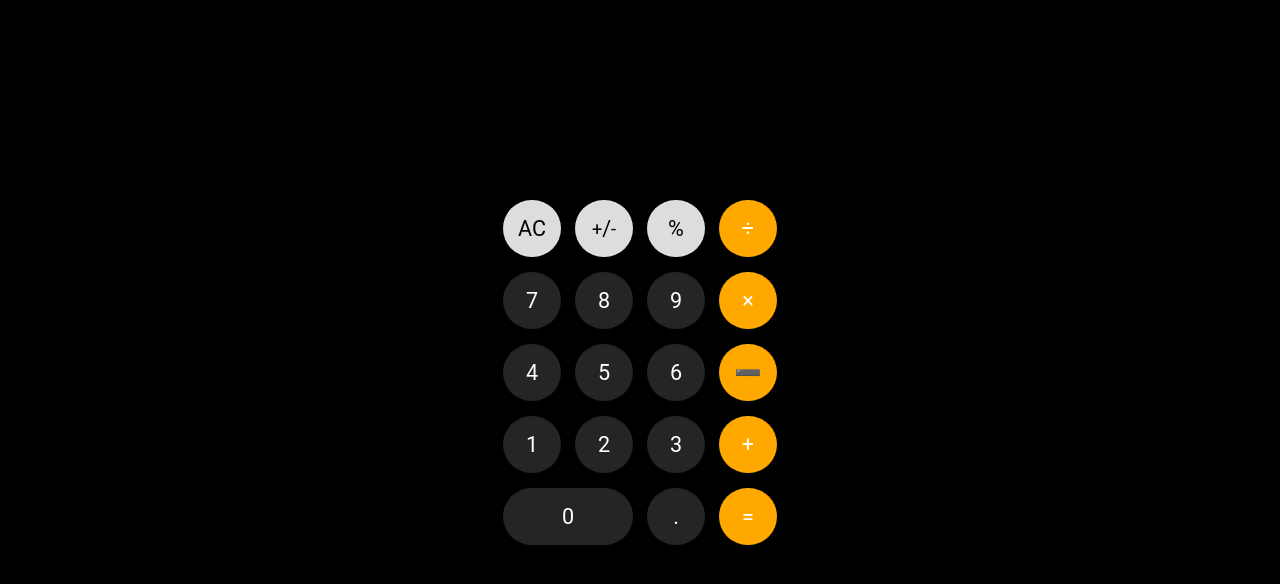
Repository: bombiux/calculadoraJS
Page: index.html
An editor plug-in stored every save of this project. The page is shown before and after a run of saves, followed by the edit.
The browser window is 1280 px wide. The pictures show the whole page.

Above is the page before, as saved 2020-08-08 18:46:18.

### index.html
<!DOCTYPE html>
<html lang="en">
<head>
    <meta charset="UTF-8">
    <meta name="viewport" content="width=device-width, initial-scale=1.0">
    <title>Document</title>
    <link rel="stylesheet" href="style.css">
</head>
<body>
    <div class="calculator">
        input
        <div>
            <div class="special">AC</div>
            <div class="special"><sup>+</sup>/<sub>-</sub></div>
            <div class="special">%</div>
            <div class="operator">÷</div>
        </div>
        <div>
            <div class="numbers">7</div>
            <div class="numbers">8</div>
            <div class="numbers">9</div>
            <div class="operator">×</div>
        </div>
        <div>
            <div class="numbers">4</div>
            <div class="numbers">5</div>
            <div class="numbers">6</div>
            <div class="operator">➖️</div>
        </div>
        <div>
            <div class="numbers">1</div>
            <div class="numbers">2</div>
            <div class="numbers">3</div>
            <div class="operator">+</div>
        </div>
        <div>
            <div class="numbers cero">0</div>
            <div class="numbers">.</div>
            <div class="operator">=</div>
        </div>
    </div>
</body>
</html>

### style.css
::selection {
    background: transparent;
    color: unset;
}

body {
    background: black;
    height: 100vh;
    width: 100vw;
    margin: 0;
    padding: 0;
    display: flex;
    justify-content: center;
    align-items: center;
    font-family: roboto;
    font-size: 3vh;
}

.calculator {
    display: flex;
    flex-direction: column;
}

.calculator > div {
    display: flex;
}

.calculator > div > div {
    width: 8vh;
    height: 8vh;
    border-radius: 50%;
    justify-content: center;
    align-items: center;
    display: flex;
    margin: 1vh;
}

.calculator > div > .cero {
    width: 18vh;
    border-radius: 40px;
}

.special {
    background-color: rgb(221, 221, 221)
}

.numbers {
    background-color: rgb(37, 37, 37);
    color: white;
}

.operator {
    background: #ffa800;
    color: white;
}

After the next 2 saves:
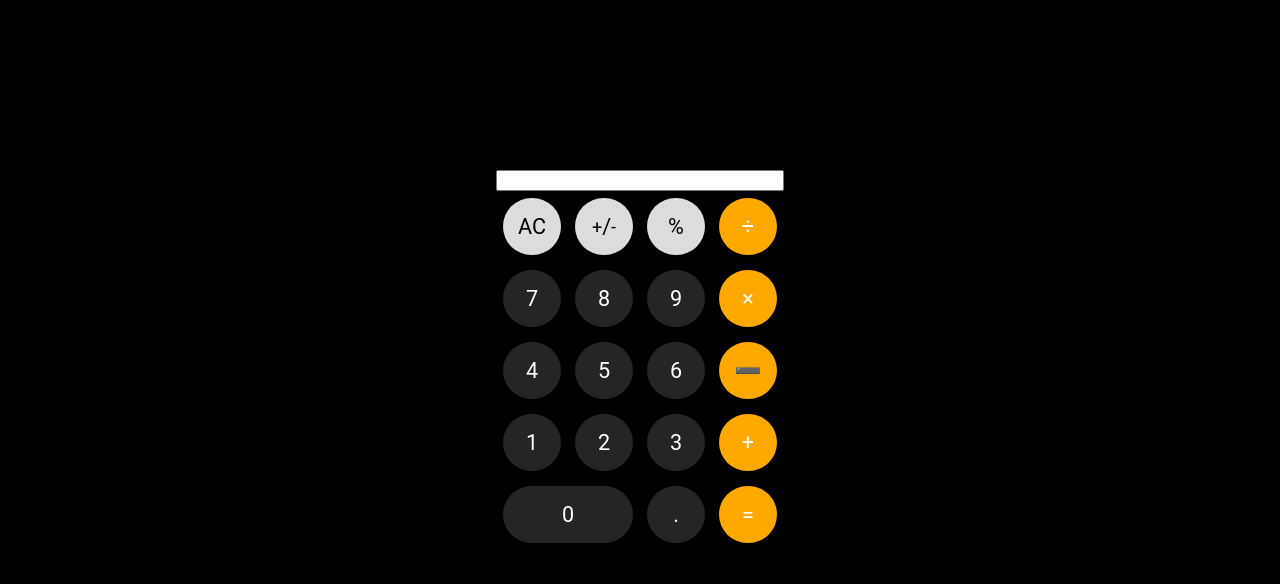
The 2 saves are shown as one change because they came seconds apart.
The last was saved 6 s later.
--- a/index.html
+++ b/index.html
@@ -8,7 +8,7 @@
 </head>
 <body>
     <div class="calculator">
-        input
+        <input type="number" name="" id="">
         <div>
             <div class="special">AC</div>
             <div class="special"><sup>+</sup>/<sub>-</sub></div>
